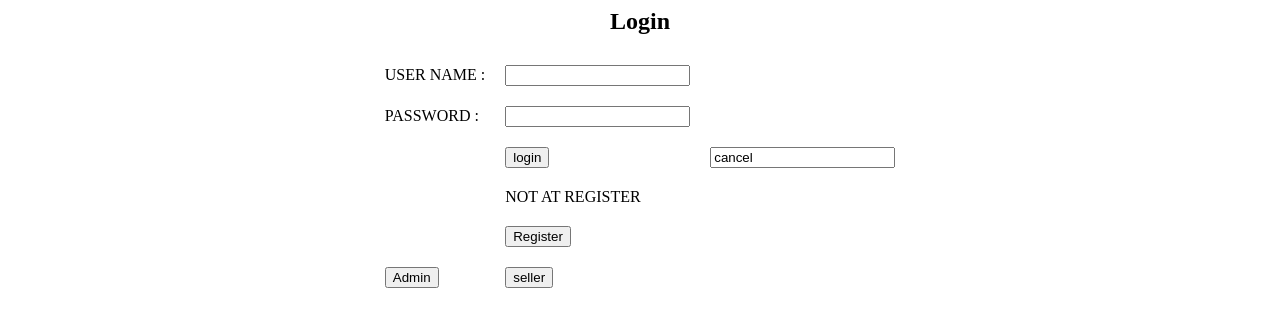
Repository: saik46573/sai
Page: http://localhost/Project/
An editor plug-in stored every save of this project. The page is shown before and after the next save, followed by the edit.
The browser window is 1280 px wide. The pictures show the whole page.
The page is served by Tomcat 9.

Above is the page before, as saved 2023-08-10 05:30:42.

After the next save:
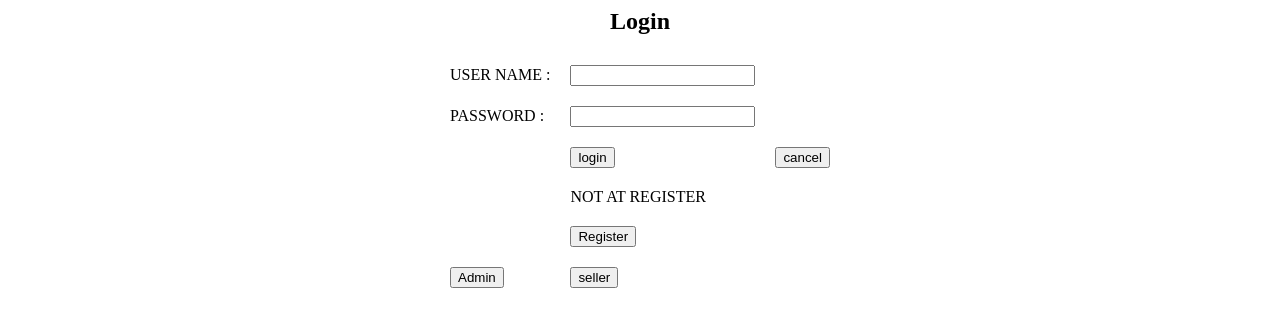
Saved 2 min 10 s later.
--- a/eclipse-workspace/Project/src/main/webapp/index.jsp
+++ b/eclipse-workspace/Project/src/main/webapp/index.jsp
@@ -15,7 +15,7 @@
 	<tr>
 	<td></td>
 	<td><input type="submit" value="login"></td>
-	<td> <input type= "cancel" value="cancel"></td>
+	<td><a href="index.jsp"> <input type= "button" value="cancel"></a></td>
 	</tr>
 	<tr>
 	<td></td>
